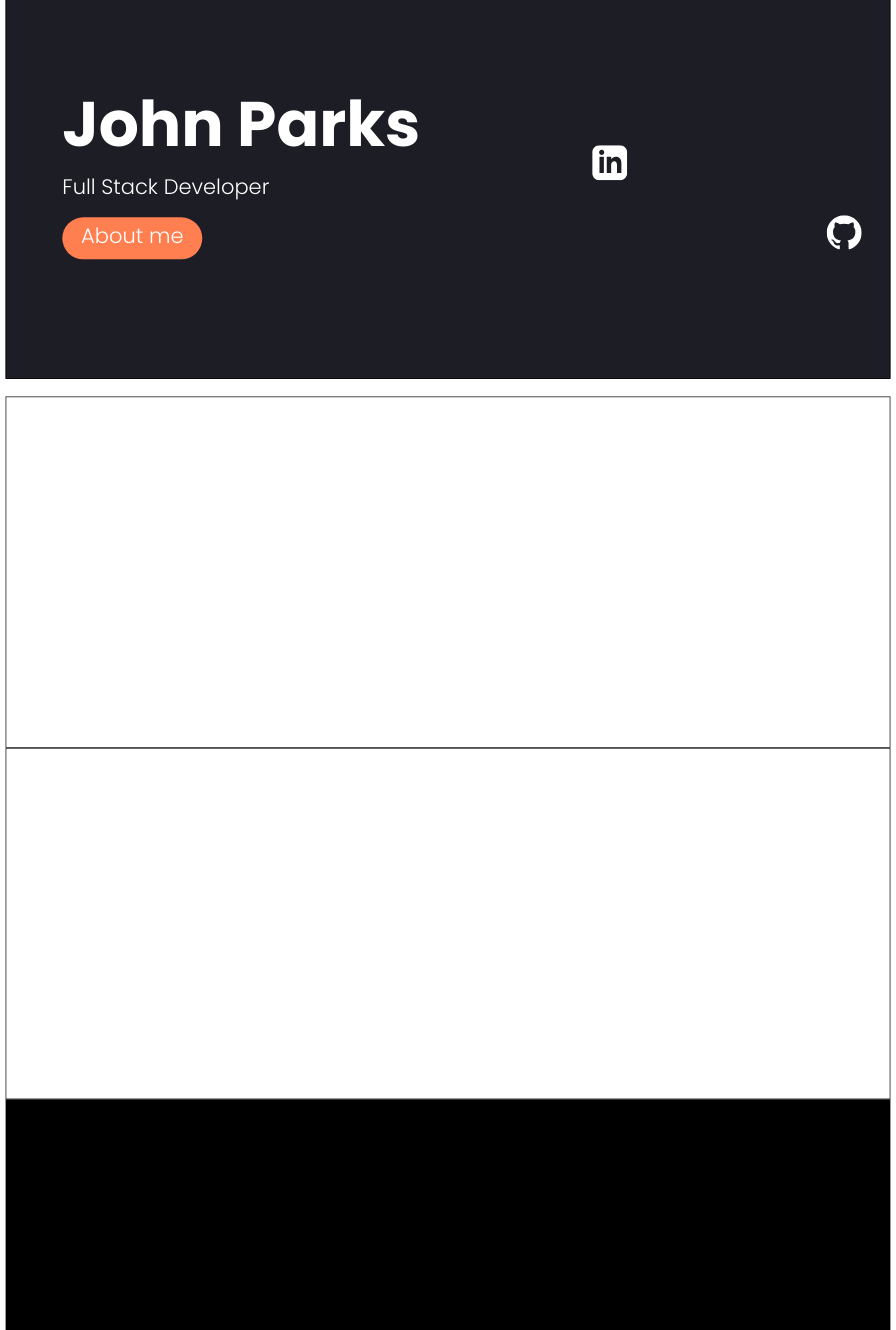
Repository: Jcparks84/Portfolio
Page: index.html
The author's editor kept a copy of each file at every save. The page is drawn from the files as they stood at one save, then again after the next save.
The browser window is 1280 px wide. The pictures show the part of the page from y = 189 to 2089 px (the page is 2292 px tall before and 2242 px after), at 70% of full size.
A picture or video elsewhere on the page could not be fetched, so the positions and the page height are approximate.

Above is the page before, as saved 2022-08-10 15:25:39.

After the next save:
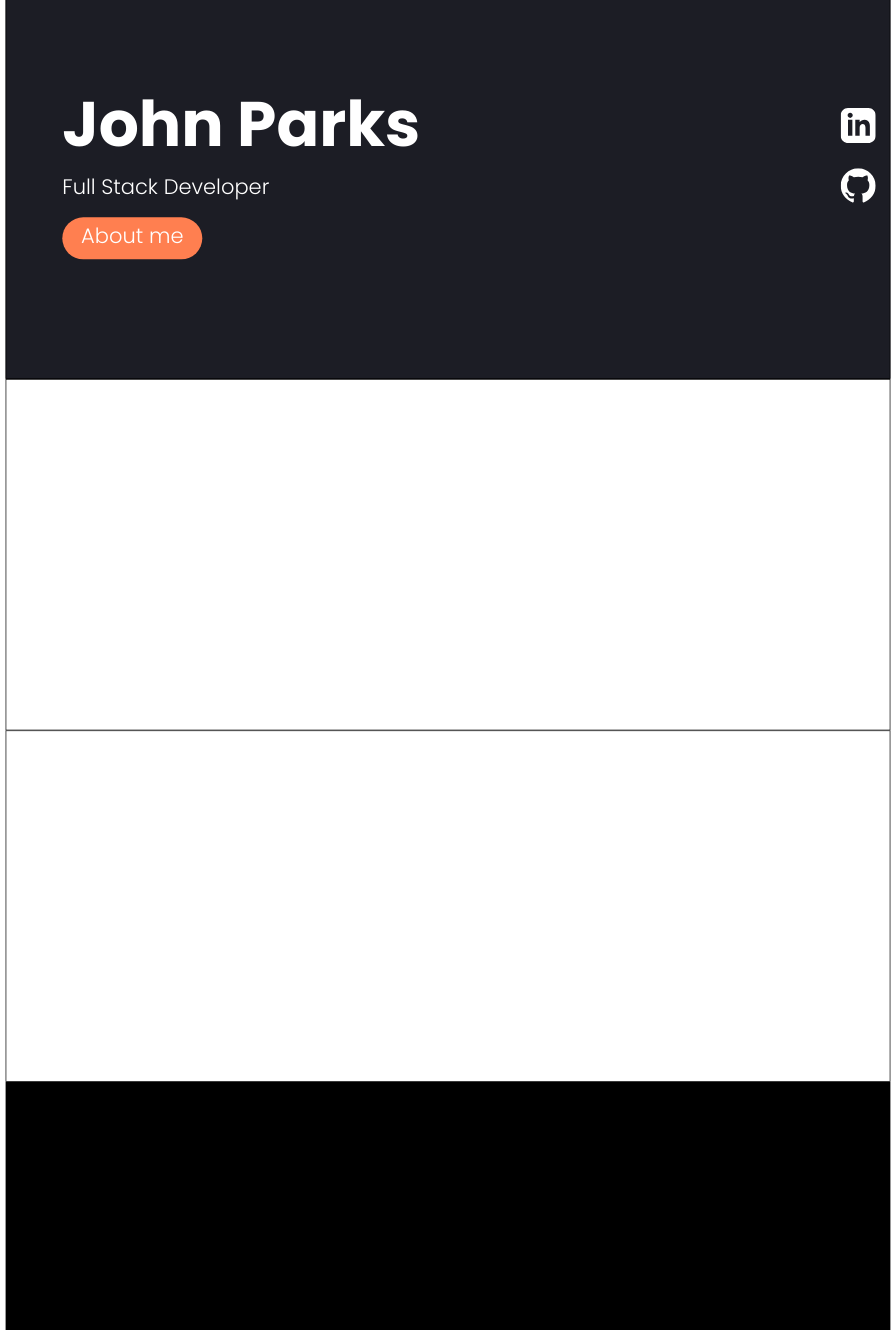
Saved 5 s later.
--- a/index.html
+++ b/index.html
@@ -28,7 +28,7 @@
                 <!-- lnkedin -->
                 <a href="https://www.linkedin.com/in/jcparks84/" class="social">
                     <svg xmlns="http://www.w3.org/2000/svg" fill="#ffffff" width="50" height="50" viewBox="0 0 24 24"><path d="M19 0h-14c-2.761 0-5 2.239-5 5v14c0 2.761 2.239 5 5 5h14c2.762 0 5-2.239 5-5v-14c0-2.761-2.238-5-5-5zm-11 19h-3v-11h3v11zm-1.5-12.268c-.966 0-1.75-.79-1.75-1.764s.784-1.764 1.75-1.764 1.75.79 1.75 1.764-.783 1.764-1.75 1.764zm13.5 12.268h-3v-5.604c0-3.368-4-3.113-4 0v5.604h-3v-11h3v1.765c1.396-2.586 7-2.777 7 2.476v6.759z"/></svg>
-                </div>
+                </a>
                 <!-- Github -->
                 <div href="https://github.com/Jcparks84" class="social">
                     <svg xmlns="http://www.w3.org/2000/svg" fill="#ffffff" width="50" height="50" viewBox="0 0 24 24"><path d="M12 0c-6.626 0-12 5.373-12 12 0 5.302 3.438 9.8 8.207 11.387.599.111.793-.261.793-.577v-2.234c-3.338.726-4.033-1.416-4.033-1.416-.546-1.387-1.333-1.756-1.333-1.756-1.089-.745.083-.729.083-.729 1.205.084 1.839 1.237 1.839 1.237 1.07 1.834 2.807 1.304 3.492.997.107-.775.418-1.305.762-1.604-2.665-.305-5.467-1.334-5.467-5.931 0-1.311.469-2.381 1.236-3.221-.124-.303-.535-1.524.117-3.176 0 0 1.008-.322 3.301 1.23.957-.266 1.983-.399 3.003-.404 1.02.005 2.047.138 3.006.404 2.291-1.552 3.297-1.23 3.297-1.23.653 1.653.242 2.874.118 3.176.77.84 1.235 1.911 1.235 3.221 0 4.609-2.807 5.624-5.479 5.921.43.372.823 1.102.823 2.222v3.293c0 .319.192.694.801.576 4.765-1.589 8.199-6.086 8.199-11.386 0-6.627-5.373-12-12-12z"/></svg>
